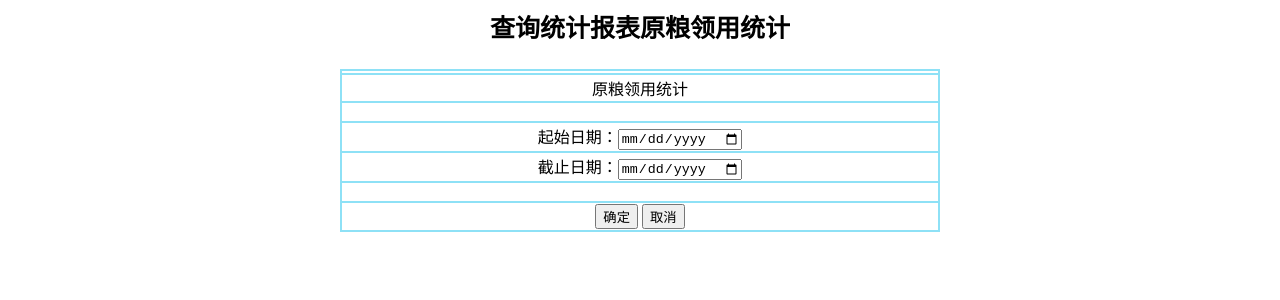
Repository: yuxingyan/OneCrewFlour
Page: http://localhost/Flour/inquireuse.jsp
The author's editor kept a copy of each file at every save. The page is drawn from the files as they stood at one save, then again after the next save.
The browser window is 1280 px wide. The pictures show the whole page.
The page is served by Tomcat 9. Nobody is signed in. The application's start-up code is not run.

Above is the page before, as saved 2018-01-11 07:11:54.

After the next save:
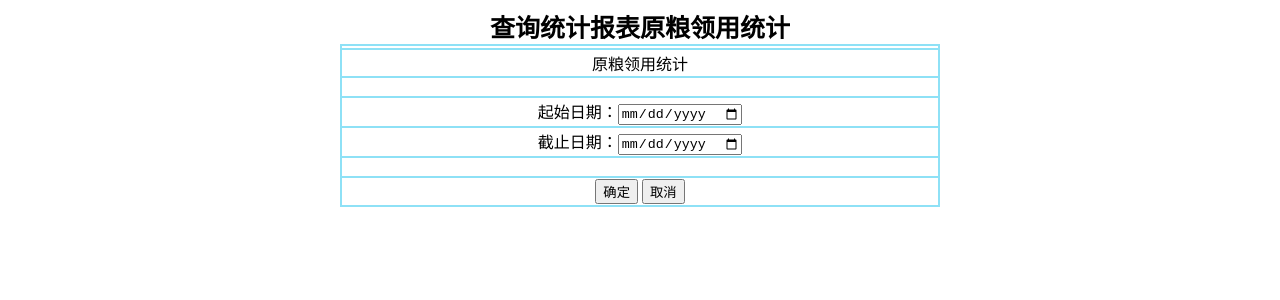
Saved 28 s later.
--- a/Flour/WebRoot/inquireuse.jsp
+++ b/Flour/WebRoot/inquireuse.jsp
@@ -51,7 +51,7 @@ String basePath = request.getScheme()+"://"+request.getServerName()+":"+request.
   <body>
      <center>
      <form name="form1" id="form1" action="inquireuseflour" method="post">
-    <strong style="font-size:25px">查询统计报表</b>原粮领用统计</p>
+    <strong style="font-size:25px">查询统计报表</b>原粮领用统计
     <table border="1" width="600" cellspacing="0" bordercolor="#8EE1F6">
     <tr><td colspan="10" ></td></tr>
     <tr height="20px"><td align="center" colspan="4" >原粮领用统计</td></tr>
